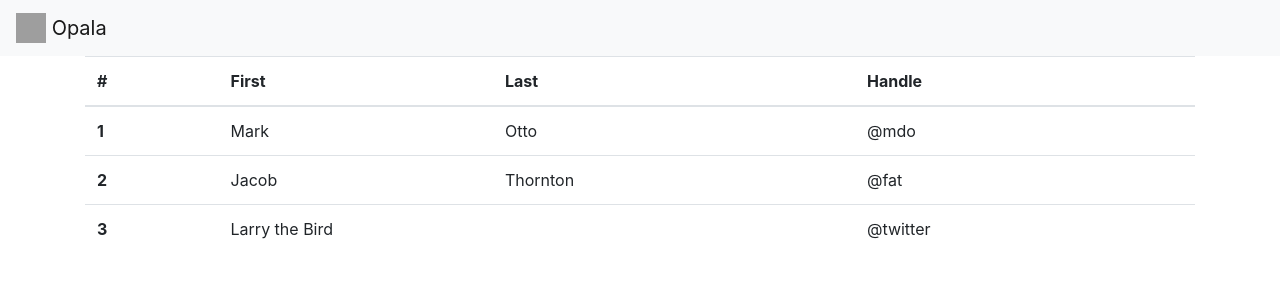
Repository: souzalu/Opala
Page: http://localhost/admin/index
These files come from the project's save history. The page is drawn as it stood at one moment and after the next save; the edit follows.
The browser window is 1280 px wide. The pictures show the whole page.
Pictures or frames that could not be fetched are drawn as grey boxes. Some web fonts or font styles are not loaded; a fallback is used. The page is served by the project's Laravel application, run on PHP 8.4 with Laravel 8. Other server files are loaded and not shown.

Above is the page before, as saved 2020-09-18 09:08:36.

### routes/web.php
<?php

use Illuminate\Support\Facades\Route;
use Illuminate\Support\Facades\Auth;

/*
|--------------------------------------------------------------------------
| Web Routes
|--------------------------------------------------------------------------
|
| Here is where you can register web routes for your application. These
| routes are loaded by the RouteServiceProvider within a group which
| contains the "web" middleware group. Now create something great!
    Route::get('/', function () {
        return view('welcome');
    });
|
*/

// rotas dos produtos
Route::get('admin/produtos/create', 'ProdutoController@create')->name('create');
Route::get('admin/produtos/createCategorias', 'ProdutoController@createCategorias')->name('categorias');
Route::get('/admin/produtos/show', 'ProdutoController@index')->name('index'); //mostra todos os produtos cadastrados
Route::get('/storage/Cimagem/{imagem}', 'ProdutoController@image');
Route::get('/admin/produtos/edit/{id}', 'ProdutoController@edit')->name('edit');
Route::get('/admin/produtos/{id}','ProdutoController@show');
Route::delete('/admin/produtos/{id}', 'ProdutoController@destroy')->name('produtos_destroy');
Route::post('/produto/store','ProdutoController@store')->name('store');//salva os produtos no banco
Route::post('/createCategorias','ProdutoController@storeCategorias')->name('storeCategorias');//salva os produtos no banco
Route::put('/admin/produtos/edit/{id}', 'ProdutoController@update');
Route::get('/admin/index', 'UserController@empresa')->name('empresa');



//rotas do site
Route::get('/cadastro', 'UserController@cadastro')->name('cadastro');
Route::get('/pagamento', 'CarrinhoController@pagamento')->name('pagamento');
Route::get('/produto', 'ProdutoController@produto')->name('produto');
Route::get('/produtodetalhe', 'ProdutoController@produto')->name('produto_detalhe');




Auth::routes();

Route::get('/home', 'HomeController@index')->name('home');

### app/Http/Controllers/UserController.php
<?php

namespace App\Http\Controllers;

use Illuminate\Http\Request;

class UserController extends Controller
{
    public function cadastro(){

        return view ('cadastro');
    }

    // public function login(){

    //     return view ('login');
    // }

    public function empresa(){

        return view ('/admin/index');
    }
}

### resources/views/admin/index.blade.php
<!DOCTYPE html>
<html lang="pt-br">

<head>
    <meta charset="UTF-8">
    <meta name="viewport" content="width=device-width, initial-scale=1.0">
    <link rel="stylesheet" href="https://stackpath.bootstrapcdn.com/bootstrap/4.1.3/css/bootstrap.min.css"
        integrity="sha384-MCw98/SFnGE8fJT3GXwEOngsV7Zt27NXFoaoApmYm81iuXoPkFOJwJ8ERdknLPMO" crossorigin="anonymous">
    <link rel="stylesheet" href="https://icons8.com.br/">
    <link href="https://fonts.googleapis.com/css2?family=Dancing+Script&display=swap" rel="stylesheet">
    <link rel="stylesheet" href="{{ url('./css/style.css') }}">
    <title>Base</title>
</head>

<body>



<!-- Image and text -->
<nav class="navbar navbar-light bg-light">
    <a class="navbar-brand" href="{{ route('home') }}">
      <img src="https://img.icons8.com/windows/50/000000/silver-ring.png" width="30" height="30" class="d-inline-block align-top" alt="">
      Opala
    </a>
  </nav>

<div class="container">
<table class="table table-hover">
    <thead>
      <tr>
        <th scope="col">#</th>
        <th scope="col">First</th>
        <th scope="col">Last</th>
        <th scope="col">Handle</th>
      </tr>
    </thead>
    <tbody>
      <tr>
        <th scope="row">1</th>
        <td>Mark</td>
        <td>Otto</td>
        <td>@mdo</td>
      </tr>
      <tr>
        <th scope="row">2</th>
        <td>Jacob</td>
        <td>Thornton</td>
        <td>@fat</td>
      </tr>
      <tr>
        <th scope="row">3</th>
        <td colspan="2">Larry the Bird</td>
        <td>@twitter</td>
      </tr>
    </tbody>
  </table>
</div>

<script src="https://code.jquery.com/jquery-3.3.1.slim.min.js"
integrity="sha384-q8i/X+965DzO0rT7abK41JStQIAqVgRVzpbzo5smXKp4YfRvH+8abtTE1Pi6jizo" crossorigin="anonymous">
</script>
<script src="https://cdnjs.cloudflare.com/ajax/libs/popper.js/1.14.3/umd/popper.min.js"
integrity="sha384-ZMP7rVo3mIykV+2+9J3UJ46jBk0WLaUAdn689aCwoqbBJiSnjAK/l8WvCWPIPm49" crossorigin="anonymous">
</script>
<script src="https://stackpath.bootstrapcdn.com/bootstrap/4.1.3/js/bootstrap.min.js"
integrity="sha384-ChfqqxuZUCnJSK3+MXmPNIyE6ZbWh2IMqE241rYiqJxyMiZ6OW/JmZQ5stwEULTy" crossorigin="anonymous">
</script>
</body>

</html>

### public/css/style.css

  .login {
    font-family: 'Dancing Script';
    font-size: 30px;
  }

  .text-capitalize{
    font-family: 'Dancing Script';



  }

Loaded but not shown: app/Http/Controllers/Auth/LoginController.php (common file); app/Http/Controllers/Controller.php (common file); app/Http/Controllers/Auth/ConfirmPasswordController.php (common file)

After the next save:
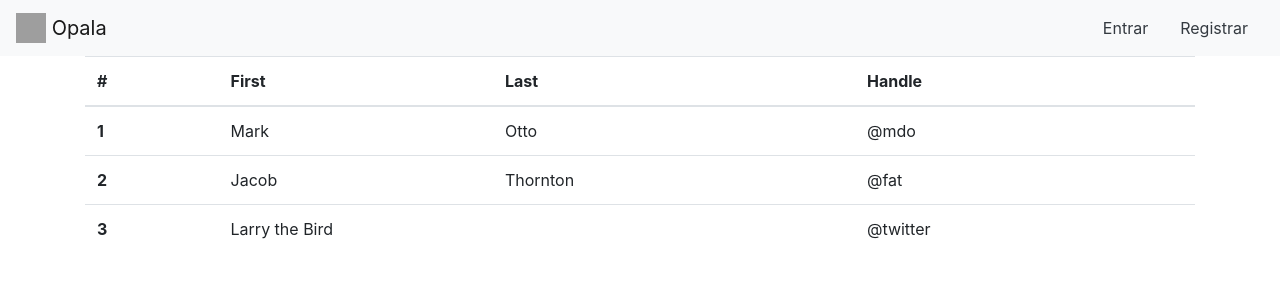
Saved 47 s later.
--- a/resources/views/admin/index.blade.php
+++ b/resources/views/admin/index.blade.php
@@ -22,6 +22,38 @@
       <img src="https://img.icons8.com/windows/50/000000/silver-ring.png" width="30" height="30" class="d-inline-block align-top" alt="">
       Opala
     </a>
+
+    <ul class="nav  align-self-center">
+        <!-- Authentication Links -->
+        @guest
+            <li class="nav-item text-center ">
+                <a class="nav-link text-dark" href="{{ route('login') }}">{{ __('Entrar') }}</a>
+            </li>
+            @if (Route::has('register'))
+                <li class="nav-item">
+                    <a class="nav-link text-dark" href="{{ route('register') }}">{{ __('Registrar') }}</a>
+                </li>
+            @endif
+        @else
+            <li class="nav-item text-center dropdown">
+                <a id="navbarDropdown" class="nav-link dropdown-toggle" href="#" role="button"
+                    data-toggle="dropdown" aria-haspopup="true" aria-expanded="false" v-pre>
+                    {{ Auth::user()->name }}
+                </a>
+
+                <div class="dropdown-menu dropdown-menu-right" aria-labelledby="navbarDropdown">
+                    <a class="dropdown-item" href="{{ route('logout') }}" onclick="event.preventDefault();
+                                                     document.getElementById('logout-form').submit();">
+                        {{ __('Sair') }}
+                    </a>
+
+                    <form id="logout-form" action="{{ route('logout') }}" method="POST" class="d-none">
+                        @csrf
+                    </form>
+                </div>
+            </li>
+        @endguest
+    </ul>
   </nav>
 
 <div class="container">
